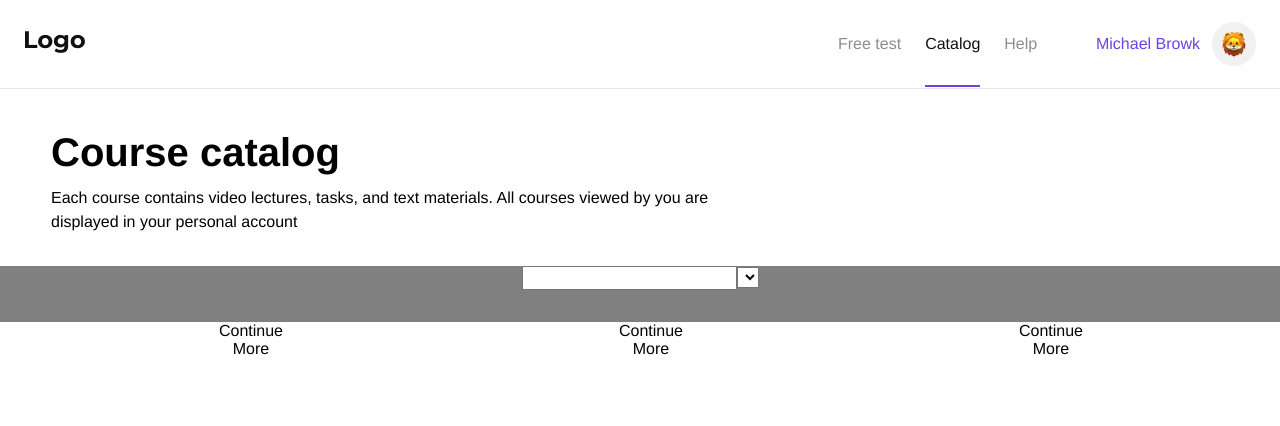
Repository: skydevil1604/vue-test-app
Page: /#/main-page
These files come from the project's save history. The page is drawn as it stood at one moment and after the next save; the edit follows.
The browser window is 1280 px wide. The pictures show the whole page.
The project was rebuilt for these pictures with package versions that can differ from the ones it lists, and the page was loaded fresh each time. Also part of the build but not shown: src/components/Tabs.vue, src/components/Tab.vue, src/components/Login.vue, src/components/Registration.vue, src/components/AuthenticationForm.vue.

Above is the page before, as saved 2020-04-06 20:23:07.

After the next save:
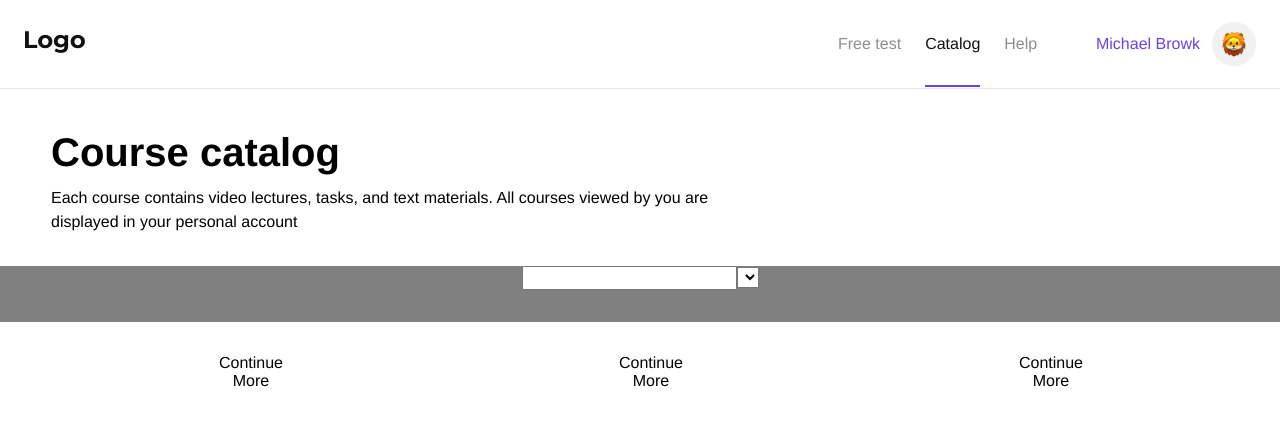
Saved 40 s later.
--- a/src/components/MainPage.vue
+++ b/src/components/MainPage.vue
@@ -187,6 +187,7 @@ export default {
         padding-right: 51px;
         display: flex;
         justify-content: space-between;
+        padding-top: 32px;
     }
 
     .post {
